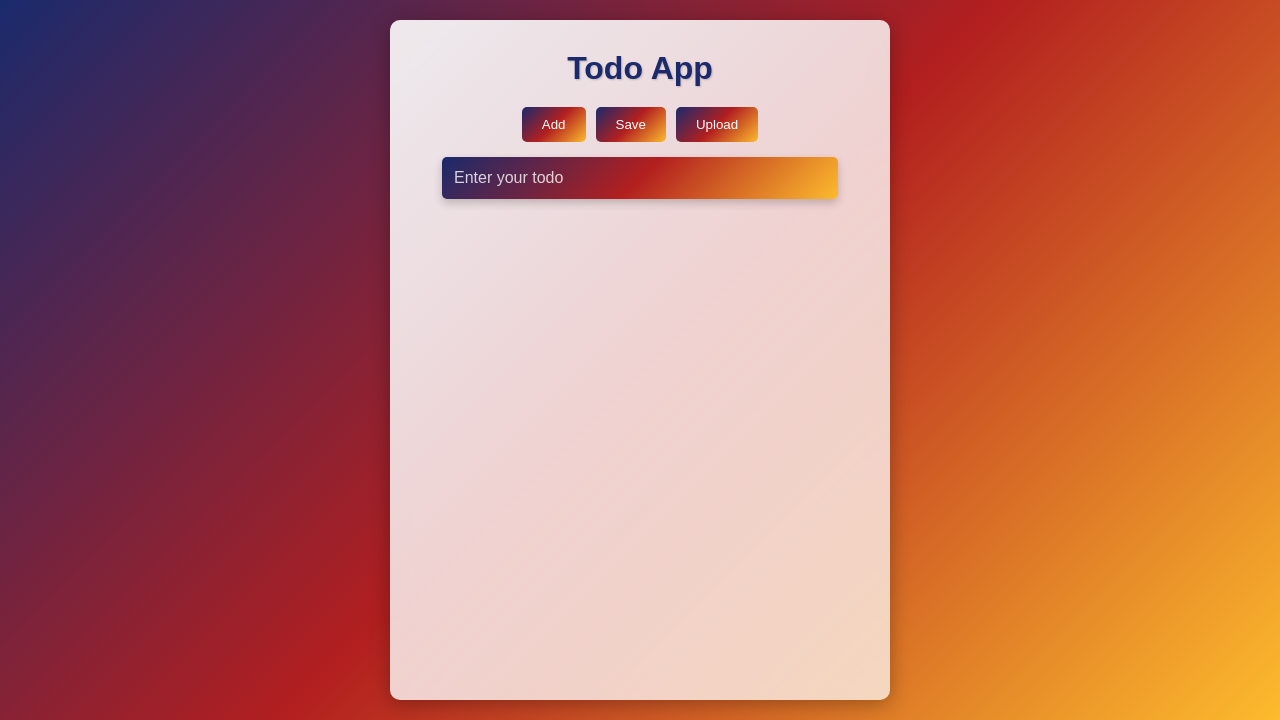
Repository: Teycir/todo-app
Page: index.html
An editor plug-in stored every save of this project. The page is shown before and after the next save, followed by the edit.
The browser window is 1280 px wide. The pictures show the whole page.

Above is the page before, as saved 2024-11-07 18:46:50.

### index.html
<!DOCTYPE html>
<html lang="en">
<head>
    <meta charset="UTF-8">
    <meta name="viewport" content="width=device-width, initial-scale=1.0">
    <title>Todo App</title>
    <link rel="stylesheet" href="style.css">
</head>
<body>
    <div class="container">
        <h1>Todo App</h1>
        <div class="input-section">
            <div class="button-group">
                <button id="addTodo">Add</button>
                <button id="saveTodo">Save</button>
                <button id="uploadTodo">Upload</button>
            </div>
            <input type="text" id="todoInput" placeholder="Enter your todo">
        </div>
        <ul id="todoList"></ul>
    </div>
    <script src="script.js"></script>
</body>
</html>

### style.css
* {
    margin: 0;
    padding: 0;
    box-sizing: border-box;
    font-family: Arial, sans-serif;
}

body {
    background: linear-gradient(135deg, #1a2a6c, #b21f1f, #fdbb2d);
    min-height: 100vh;
    display: flex;
    justify-content: center;
    padding: 20px;
}

.container {
    background: linear-gradient(135deg,
        rgba(255, 255, 255, 0.9),
        rgba(255, 255, 255, 0.8) 50%,
        rgba(255, 255, 255, 0.7)
    );
    padding: 30px;
    border-radius: 10px;
    box-shadow: 0 4px 20px rgba(0, 0, 0, 0.3);
    backdrop-filter: blur(10px);
    width: 100%;
    max-width: 500px;
}

h1 {
    color: #1a2a6c;
    text-align: center;
    margin-bottom: 20px;
    text-shadow: 1px 1px 2px rgba(0, 0, 0, 0.2);
}

.input-section {
    display: flex;
    flex-direction: column;
    gap: 15px;
    margin-bottom: 20px;
    align-items: center;
}

.button-group {
    display: flex;
    justify-content: center;
    gap: 10px;
    flex-wrap: wrap;
}

#todoInput {
    width: 90%;
    padding: 12px;
    border: none;
    border-radius: 5px;
    font-size: 16px;
    background: linear-gradient(135deg, #1a2a6c, #b21f1f, #fdbb2d);
    box-shadow: 0 2px 5px rgba(0, 0, 0, 0.1);
    transition: all 0.3s ease;
    color: white;
}

#todoInput::placeholder {
    color: rgba(255, 255, 255, 0.8);
}

#todoInput:focus {
    outline: none;
    box-shadow: 0 4px 8px rgba(0, 0, 0, 0.2);
}

#addTodo, #saveTodo, #uploadTodo {
    padding: 10px 20px;
    color: white;
    border: none;
    border-radius: 5px;
    cursor: pointer;
    transition: transform 0.2s, box-shadow 0.2s;
    background: linear-gradient(135deg, #1a2a6c, #b21f1f, #fdbb2d);
}

#todoList {
    list-style: none;
}

.todo-item {
    display: flex;
    align-items: center;
    padding: 10px;
    background: linear-gradient(135deg, #1a2a6c, #b21f1f, #fdbb2d);
    margin-bottom: 8px;
    border-radius: 5px;
    transition: all 0.3s;
    box-shadow: 0 2px 5px rgba(0, 0, 0, 0.1);
    color: white;
}

.todo-item:hover {
    transform: translateX(5px);
    box-shadow: 0 4px 8px rgba(0, 0, 0, 0.2);
}

.todo-item.completed {
    opacity: 0.7;
    text-decoration: line-through;
}

.todo-item input[type="checkbox"] {
    margin-right: 10px;
    cursor: pointer;
}

.todo-text {
    flex: 1;
    color: white;
}

.delete-btn {
    padding: 5px 10px;
    background: linear-gradient(135deg, #1a2a6c, #b21f1f, #fdbb2d);
    color: white;
    border: none;
    border-radius: 3px;
    cursor: pointer;
    transition: transform 0.2s, box-shadow 0.2s;
}

/* Common button hover styles */
#addTodo:hover, #saveTodo:hover, #uploadTodo:hover, .delete-btn:hover {
    box-shadow: 0 4px 8px rgba(0, 0, 0, 0.3);
    filter: brightness(1.1);
}

/* Button active state */
#addTodo:active, #saveTodo:active, #uploadTodo:active, .delete-btn:active {
    transform: scale(0.95);
    box-shadow: 0 2px 4px rgba(0, 0, 0, 0.3);
}

### script.js
document.addEventListener('DOMContentLoaded', () => {
    const todoInput = document.getElementById('todoInput');
    const addTodoBtn = document.getElementById('addTodo');
    const saveTodoBtn = document.getElementById('saveTodo');
    const uploadTodoBtn = document.getElementById('uploadTodo');
    const todoList = document.getElementById('todoList');

    // Load todos from localStorage
    let todos = JSON.parse(localStorage.getItem('todos')) || [];

    // Function to save todos to txt file on Desktop
    async function saveTodosTxt() {
        const todoText = todos.map(todo =>
            `[${todo.completed ? 'x' : ' '}] ${todo.text}`
        ).join('\n');

        try {
            const blob = new Blob([todoText], { type: 'text/plain' });
            const handle = await window.showSaveFilePicker({
                suggestedName: 'todos.txt',
                startIn: 'desktop',
                types: [{
                    description: 'Text Files',
                    accept: { 'text/plain': ['.txt'] },
                }],
            });
            const writable = await handle.createWritable();
            await writable.write(blob);
            await writable.close();
        } catch (err) {
            console.error('Failed to save todos to file:', err);
        }
    }

    // Add ripple effect to buttons
    function createRipple(event) {
        const button = event.currentTarget;
        const ripple = document.createElement('span');
        const rect = button.getBoundingClientRect();

        const diameter = Math.max(rect.width, rect.height);
        const radius = diameter / 2;

        ripple.style.width = ripple.style.height = `${diameter}px`;
        ripple.style.left = `${event.clientX - rect.left - radius}px`;
        ripple.style.top = `${event.clientY - rect.top - radius}px`;
        ripple.className = 'ripple';

        // Remove existing ripples
        const existingRipple = button.querySelector('.ripple');
        if (existingRipple) {
            existingRipple.remove();
        }

        button.appendChild(ripple);

        // Remove ripple after animation
        setTimeout(() => ripple.remove(), 600);
    }

    // Add hover effects to buttons
    function addButtonEffects(button) {
        button.addEventListener('mouseover', () => {
            button.style.transform = 'scale(1.05) rotate(1deg)';
        });

        button.addEventListener('mouseout', () => {
            button.style.transform = 'scale(1) rotate(0deg)';
        });

        button.addEventListener('click', createRipple);
    }

    // Render existing todos
    function renderTodos() {
        todoList.innerHTML = '';
        todos.forEach((todo, index) => {
            const li = document.createElement('li');
            li.className = `todo-item ${todo.completed ? 'completed' : ''}`;

            li.innerHTML = `
                <input type="checkbox" ${todo.completed ? 'checked' : ''}>
                <span class="todo-text">${todo.text}</span>
                <button class="delete-btn">Delete</button>
            `;

            // Toggle completion
            const checkbox = li.querySelector('input[type="checkbox"]');
            checkbox.addEventListener('change', () => {
                todos[index].completed = checkbox.checked;
                li.classList.toggle('completed');
                saveTodos();
            });

            // Delete todo
            const deleteBtn = li.querySelector('.delete-btn');
            addButtonEffects(deleteBtn);
            deleteBtn.addEventListener('click', () => {
                li.style.transform = 'translateX(100px)';
                li.style.opacity = '0';
                setTimeout(() => {
                    todos.splice(index, 1);
                    renderTodos();
                    saveTodos();
                }, 300);
            });

            todoList.appendChild(li);
        });
    }

    // Save todos to localStorage only
    function saveTodos() {
        localStorage.setItem('todos', JSON.stringify(todos));
    }

    // Load todos from txt file
    async function loadTodosFromFile() {
        try {
            const [fileHandle] = await window.showOpenFilePicker({
                types: [{
                    description: 'Text Files',
                    accept: { 'text/plain': ['.txt'] },
                }],
            });
            const file = await fileHandle.getFile();
            const content = await file.text();

            // Parse the txt file content
            todos = content.split('\n').map(line => ({
                text: line.substring(4),
                completed: line.startsWith('[x]')
            })).filter(todo => todo.text);

            renderTodos();
            saveTodos();
        } catch (err) {
            console.error('Failed to load todos from file:', err);
        }
    }

    // Add new todo
    function addTodo() {
        const text = todoInput.value.trim();
        if (text) {
            todos.push({
                text,
                completed: false
            });
            todoInput.value = '';
            renderTodos();
            saveTodos();
            todoInput.focus();
        }
    }

    // Add effects to buttons
    addButtonEffects(addTodoBtn);
    addButtonEffects(saveTodoBtn);
    addButtonEffects(uploadTodoBtn);

    // Event listeners
    addTodoBtn.addEventListener('click', addTodo);
    saveTodoBtn.addEventListener('click', saveTodosTxt);
    uploadTodoBtn.addEventListener('click', loadTodosFromFile);

    todoInput.addEventListener('keypress', (e) => {
        if (e.key === 'Enter') {
            addTodo();
        }
    });

    // Add ripple styles
    const style = document.createElement('style');
    style.textContent = `
        .ripple {
            position: absolute;
            background: rgba(255, 255, 255, 0.7);
            border-radius: 50%;
            transform: scale(0);
            animation: ripple 0.6s linear;
            pointer-events: none;
        }

        @keyframes ripple {
            to {
                transform: scale(4);
                opacity: 0;
            }
        }

        .todo-item {
            transition: transform 0.3s, opacity 0.3s;
        }

        .delete-btn, #addTodo, #saveTodo, #uploadTodo {
            position: relative;
            overflow: hidden;
            transform: scale(1) rotate(0deg);
            transition: transform 0.3s, box-shadow 0.3s;
        }
    `;
    document.head.appendChild(style);

    // Initial render
    renderTodos();
    todoInput.focus();
});

After the next save:
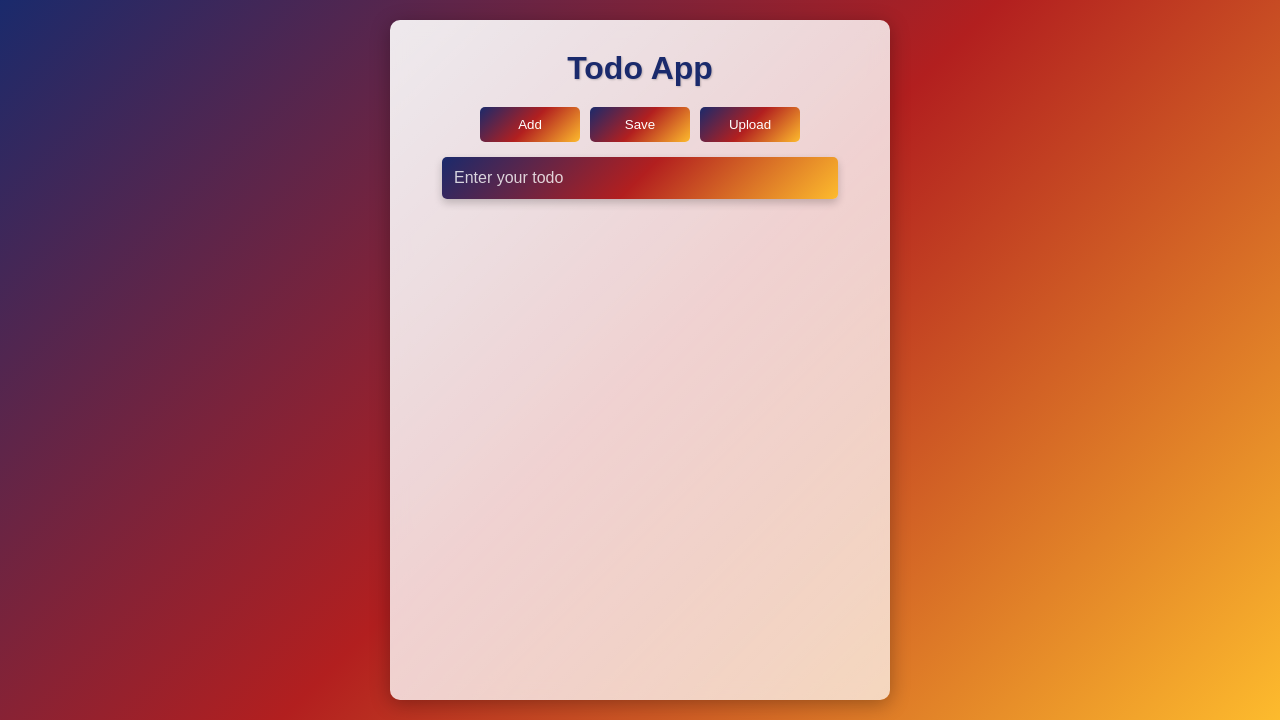
Saved 95 s later.
--- a/style.css
+++ b/style.css
@@ -78,6 +78,8 @@ h1 {
     cursor: pointer;
     transition: transform 0.2s, box-shadow 0.2s;
     background: linear-gradient(135deg, #1a2a6c, #b21f1f, #fdbb2d);
+    width: 100px;
+    text-align: center;
 }
 
 #todoList {
